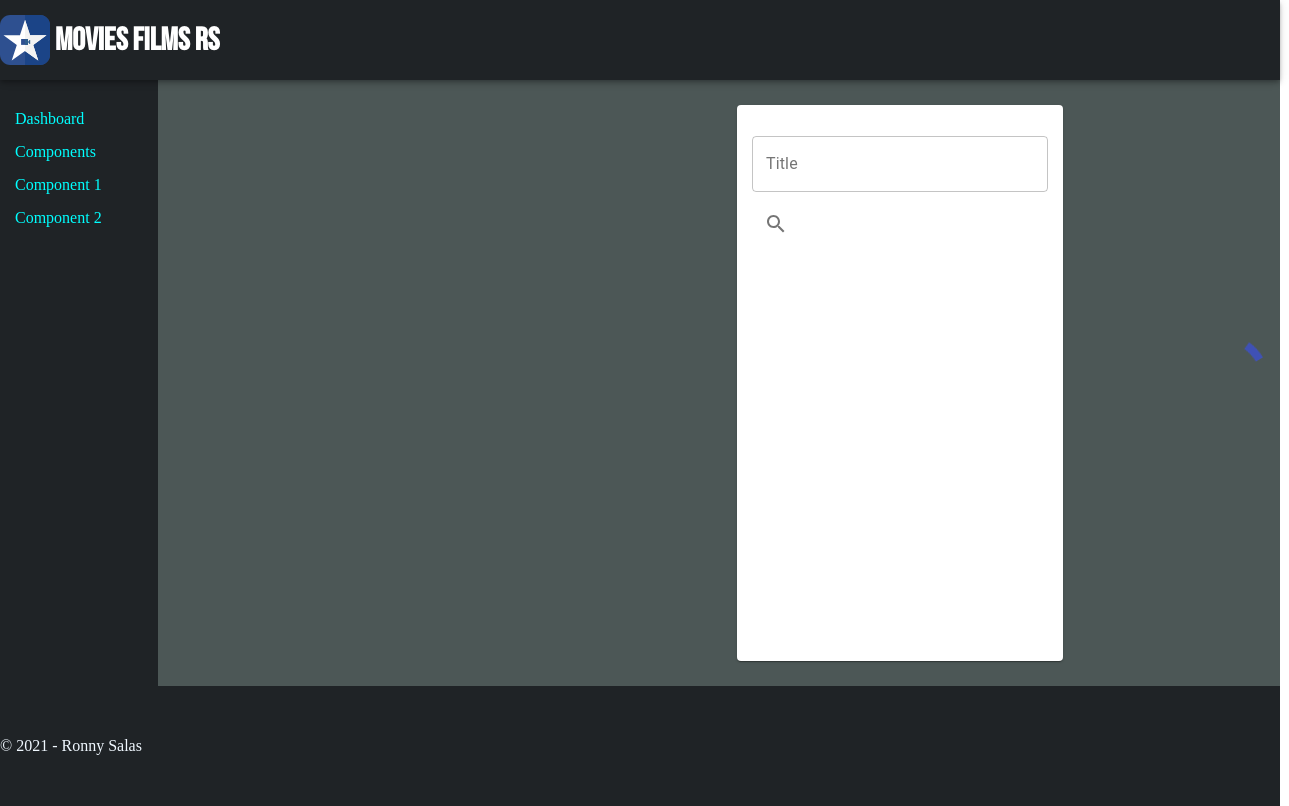
Repository: ronnysalas459/assigment-2
Page: /
The author's editor kept a copy of each file at every save. The page is drawn from the files as they stood at one save, then again after the next save.
The browser window is 1280 px wide. The page is 1289 px wide, so the pictures cover 1289 px, including what lies to the right of the window. The pictures show the whole page.
The page's requests for data from a server got no answer. The project was rebuilt for these pictures with package versions that can differ from the ones it lists, and the page was loaded fresh each time. No one was signed in, and anything a server would have sent is missing. Also part of the build but not shown: src/contexts/DetailsContext.js, src/components/Common/ButtonPrimary.js, src/components/Films/Movie.js, src/components/Common/Messages.js, src/components/Films/Movies.js, src/components/Details/index.js, src/components/NotFound/index.js.

Above is the page before, as saved 2021-08-30 20:11:43.

### src/index.js
import React from 'react';
import ReactDOM from 'react-dom';
import App from './App';

ReactDOM.render(<App />,document.querySelector('#root')
);

### src/App.js
import React from "react";
import { BrowserRouter, Switch, Route } from "react-router-dom";
import MoviesContextProvider from "./contexts/MoviesContext";
import DetailsContextProvider from "./contexts/DetailsContext";
import Films from "./components/Films";
import Details from "./components/Details";
import Header from "./components/Common/Header";
import Footer from "./components/Common/Footer";
import SideBar from "./components/Common/SideBar";
import NotFound from "./components/NotFound";
import "./assets/css/styles.css";

const App = () => (
  <BrowserRouter>
    <div className="container">
      <Header />
      <div className="content">
        <SideBar />
        <div className="projects">
          <Switch>
            <Route exact path="/">
              <MoviesContextProvider>
                <Films />
              </MoviesContextProvider>
            </Route>
            <Route path="/movie/movie_id">
              <DetailsContextProvider>
                <Details />
              </DetailsContextProvider>
            </Route>
            <Route component={NotFound} />
          </Switch>
        </div>
      </div>
      <Footer />
    </div>
  </BrowserRouter>
);

export default App;

### src/contexts/MoviesContext.js
import React, { createContext, useState, useEffect } from "react";
import { popularGet, movieSearch } from "./../constants";

export const MoviesContext = createContext();

const MoviesContextProvider = ({ children }) => {
  const [doneFetch, setDoneFetch] = useState();
  const [currentQuery, setCurrentQuery] = useState("");
  const [text, setText] = useState("Top Movies");
  const [movies, setMovies] = useState([]);

  useEffect(() => {
    getPopularMovies();
  }, []);

  const getPopularMovies = () => {
    fetch(popularGet())
      .then((res) => res.json())
      .then((data) => {
        const { results }  = data;
        setDoneFetch(true);
        console.log(results);
        setMovies(results);
      })
      .catch((err) => console.log(err));
  };

  const getMovies = (query) => {
    fetch(movieSearch(query))
      .then((res) => res.json())
      .then((data) => {
        const { results } = data;
        setDoneFetch(true);
        console.log(results );
        setText(results.length ? "Results" : "No Results");
        setMovies(results);

      })
      .catch((err) => console.log(err));
  };

  const validateQuery = (
    e,
    query = document.querySelector("#query").value.toLowerCase().trim()
  ) => {
    if (e.type === "keypress" && e.key !== "Enter") return;
    const words = query.match(/\w+/g);
    query = words && words.join(" ");
    if (query && query !== currentQuery) {
      setCurrentQuery(query);
      setDoneFetch(false);
      getMovies(query);
    }
  };
  return (
    <MoviesContext.Provider value={{ doneFetch, text, movies, validateQuery }}>
      {children}
    </MoviesContext.Provider>
  );
};

export default MoviesContextProvider;

### src/components/Films/index.js
import React, { Fragment, useContext } from "react";
import { MoviesContext } from "./../../contexts/MoviesContext";
import SearchMovies from "./SearchMovies";
import Movies from "./Movies";
import ProgressBar from "./../Common/ProgressBar";
import  Message  from "./../Common/Messages";

const Films = () => {
  const { validateQuery, doneFetch, movies, text } = useContext(MoviesContext);

  return (
    <Fragment>
      <SearchMovies validateQuery={validateQuery} />
      {doneFetch ? (
        movies.length ? (
          console.log("voyyyyyyyyyy"),
          <Movies text={text} movies={movies} />
        ) : (
          <Message text={text} />
        )
      ) : (
          console.log("nooooooooo"),
        <ProgressBar />
      )}
    </Fragment>
  );
};

export default Films;

### src/components/Common/Header.js
import React from "react";
import { AppBar, Toolbar } from "@material-ui/core";
import { ReactComponent as Logo } from "./../../assets/img/movie.svg";
import "./../../assets/css/styles.css";
const Header = () => (
  <AppBar position="sticky">
      <div className="header-container">
            <Logo className="logo-container" />
            &nbsp;&nbsp;
        <h1>Movies Films RS</h1>
      </div>
  </AppBar>
);

export default Header;

### src/components/Common/Footer.js
import React from 'react'

const Footer = () => (
    <footer>
        <p> &copy; { new Date().getFullYear()} - Ronny Salas</p>
    </footer>
);


export default Footer;

### src/components/Common/SideBar.js
import React from "react";
import { ProSidebar, Menu, MenuItem, SubMenu } from "react-pro-sidebar";
import "./../../assets/css/styles.css";

const SideBar = () => (

    <aside className="aside">
      <ProSidebar>
        <Menu iconShape="square">
          <MenuItem>Dashboard</MenuItem>
          <SubMenu title="Components">
            <MenuItem>Component 1</MenuItem>
            <MenuItem>Component 2</MenuItem>
          </SubMenu>
        </Menu>
      </ProSidebar>
    </aside>

);
export default SideBar;

### src/assets/css/styles.css
/*FUENTES*/

@font-face {
  font-family: "TrebuchetMS";
  src: url("../fonts/TrebuchetMS.ttf");
  font-weight: normal;
  font-style: normal;
}
@font-face {
  font-family: "BebasNeue";
  src: url("../fonts/BebasNeue.otf");
  font-weight: normal;
  font-style: normal;
}

@font-face {
  font-family: "WebSymbolsRegular";
  src: url("../fonts/websymbols-regular-webfont.eot");
  src: url("../fonts/websymbols-regular-webfont.eot?#iefix")
      format("embedded-opentype"),
    url("../fonts/websymbols-regular-webfont.woff") format("woff"),
    url("../fonts/websymbols-regular-webfont.ttf") format("truetype"),
    url("../fonts/websymbols-regular-webfont.svg#WebSymbolsRegular")
      format("svg");
  font-weight: normal;
  font-style: normal;
}
.root {
  margin: 3vw;
}
* {
  margin: 0px;
  padding: 0px;
}

html {
  overflow-x: hidden;
}

.container{
  width:100%;
  height:auto;
}

.header-container {
  width: 100%;
  height: 80px;
  background-color: #1f2326 !important;
  font-family: BebasNeue;
  color: white;
  display: flex;
  flex-direction: row;
  flex-wrap: wrap;
  align-items: center;
}

.logo-container {
  display: block;
  height: 100%;
  width: 50px;
}
.logo-container h1 {
  color: aqua;
}
.content{
  display:flex;
  justify-content:space-between;
  background-color: #4C5756;
}
.aside{
  display:flex;
  min-height: 80vh;
  flex-basis: 10%;
  margin-right: 30px;
  padding: 15px;
  flex-direction: column;
  flex-wrap: wrap;
  color: aqua;
  background-color: #1f2326;
}

.projects{
  display:flex;
  flex-flow: row wrap;
  flex-basis: 50%;
}

footer {
  display:flex;
  flex-flow: row wrap;
  justify-content:flex-start;
  height:120px;
  align-items:center;
  background-color: #1f2326;
}
footer p {
    color:aliceblue;
    justify-content: center;
}
.paper {
	margin-top: 25px;
	margin-bottom: 25px;
	margin-left: auto;
	margin-right: auto;
	max-width: 600px;
}

.defaultPaper {
	padding: 15px;
}

.project{
  flex-grow:1;
  flex-basis: 50px;
  margin-bottom: 25px;
  margin-right:20px;
  width: 200px;
  height:auto;
  border: 1px solid #ccc;
}
.project img{
  width:100%;
}
.buttonPrimary,
.progressBar {
  display: flex;
  justify-content: center;
  align-items: center;
}
ul {
	list-style-type: none;
	padding: 0;
}

li {
	margin-top: 15px;
}

a {
	text-decoration: none;
}

.buttonPrimary,
.message,
.progressBar {
  margin: 10px;
}

.MuiTextField-root {
  width: 100%;
}

@media (max-width: 323px) {
  h1 {
    display: none;
  }
}

### src/constants/index.js
//HABILITAR PROXY INVERSO PARA CORS INTERCEPTOR
//const cors_anywhere = "https://cors-anywhere.herokuapp.com/";
const base_url = "https://api.themoviedb.org/3/";
const popular_movies_get = "movie/popular?";
const movie_search = "search/movie?";
const movies_get = "movie/{movie_id}";
const api_key = "api_key=2c4e30626dc1fcee2a373a9a71cf70f1";


export const popularGet = () => `${base_url}${popular_movies_get}${api_key}&page=1`;
export const moviesGet = id => `${base_url}${movies_get}${api_key}`;
export const movieSearch = query => `${base_url}${movie_search}${api_key}&query=${query}`;

### src/components/Films/SearchMovies.js
import React from 'react';
import Paper from "@material-ui/core/Paper";
import TextField from '@material-ui/core/TextField';
import IconButton from '@material-ui/core/IconButton';
import SearchIcon from '@material-ui/icons/Search';


const SearchMovies = ({ validateQuery }) => (
    <Paper className = "paper defaultPaper">
        <TextField
            id="query"
            label="Title"
            margin="normal"
            variant="outlined"
            onKeyPress = {(e) => validateQuery(e)}
        />
         <IconButton onClick={(e) => validateQuery(e)}>
            <SearchIcon />
        </IconButton>
    </Paper>
);

export default SearchMovies

### src/components/Common/ProgressBar.js
import React from 'react'
import CircularProgress from '@material-ui/core/CircularProgress';

const ProgressBar = () => (
    <div className="progressBar">
        <CircularProgress size = { 100 } />

    </div>
)


export default ProgressBar

Loaded but not shown: public/index.html (common file)

After the next save:
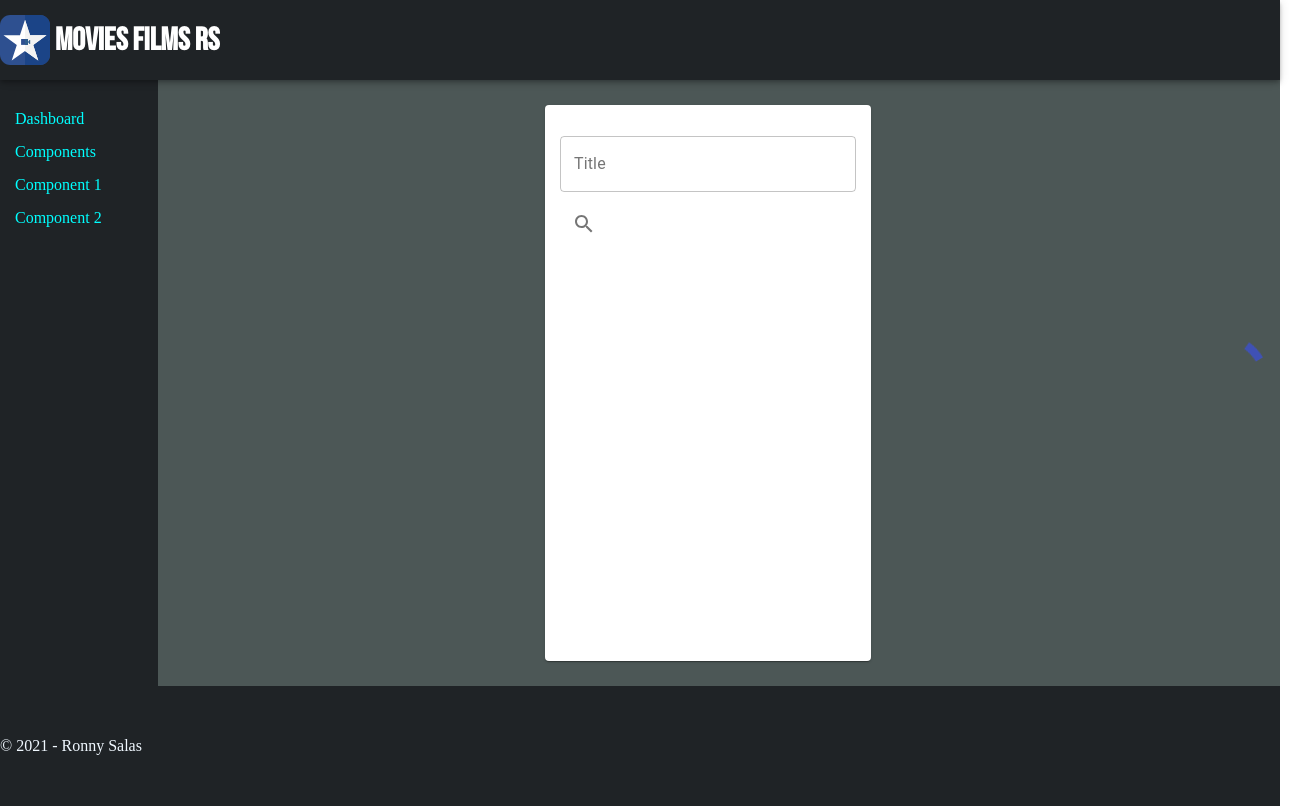
Saved 4 s later.
--- a/src/assets/css/styles.css
+++ b/src/assets/css/styles.css
@@ -82,7 +82,7 @@ html {
 .projects{
   display:flex;
   flex-flow: row wrap;
-  flex-basis: 50%;
+  flex-basis: 80%;
 }
 
 footer {
